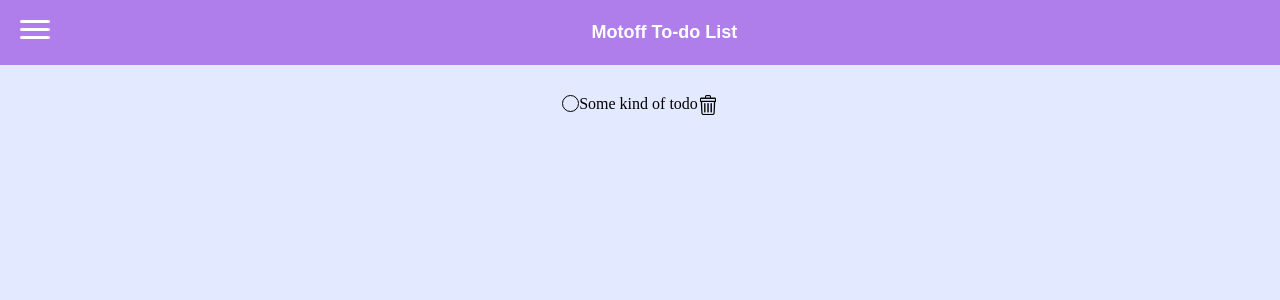
Repository: Amad-Mlinka/Todo-List-Vanilla-JS
Page: index.html
The author's editor kept a copy of each file at every save. The page is drawn from the files as they stood at one save, then again after the next save.
The browser window is 1280 px wide. The pictures show the whole page.
The page's requests for data from a server got no answer.

Above is the page before, as saved 2021-09-15 00:55:42.

### index.html
<!DOCTYPE html>
<html lang="en">
  <head>
    <meta charset="UTF-8" />
    <meta http-equiv="X-UA-Compatible" content="IE=edge" />
    <meta name="viewport" content="width=device-width, initial-scale=1.0" />
    <title>ToDo list</title>
    <link rel="stylesheet" href="/styles/style.css" />
    <link rel="stylesheet" href="/styles/hamburger.css" />
    <link rel="stylesheet" href="/styles/header.css" />
    <script src="script.js"></script>
  </head>
  <body>
    <div class="headerContainer">
      <div class="header">
        <div class="hamburger" id="hamburger">
          <span></span>
          <span></span>
          <span></span>
        </div>
        <div class="titleContainer">
          <span class="title">Motoff To-do List</span>
        </div>
      </div>

      <div class="sidebar"></div>
    </div>
    <div class="container">
      <div class="listContainer">
        <div class="list">
          <div class="todoItem">
            <div class="checkDescription">
              <div class="todoCheck"><span class="checkCircle"></span></div>
              <div class="todoDescription">
                <span class="todoText">Some kind of todo</span>
              </div>
            </div>

            <div class="todoDelete">
              <div class="deleteIconContainer">
                <img class="deleteIcon" src="/public/images/trash.png" alt="" />
              </div>
              <div class="deleteTooltip"></div>
            </div>
          </div>
        </div>
        <div class="addBtnContainer">
          <div class="addTaskBtn"></div>
        </div>
      </div>
    </div>
  </body>
</html>

### styles/style.css
* {
  padding: 0;
  margin: 0;
}

body{
  background-color: RGB(227, 233, 255)
}
.container{
  width: 75%;
  margin: auto;
  height: 100%;
  display: flex;
  flex-direction: column;
  align-items: center;
}
.listContainer{
  width: 60%;
}
.list{
  display: flex;
  flex-direction: column;
  width: 100%;
  margin: 30px auto;

}
.todoItem{
  display: flex;
  flex-direction: row;
  width: 100%;
  justify-content: center;
}
.checkDescription{
  display: flex;
}

.deleteIcon{
  width: 20px;
}
.checkCircle{
  height: 15px;
  width: 15px;
  background-color: transparent;
  border: 1px solid black;
  border-radius: 50%;
  display: inline-block;
}

### styles/hamburger.css

  .hamburger {
    width: 30px;
    height: 25px;
    position: relative;
    -webkit-transform: rotate(0deg);
    -moz-transform: rotate(0deg);
    -o-transform: rotate(0deg);
    transform: rotate(0deg);
    -webkit-transition: 0.5s ease-in-out;
    -moz-transition: 0.5s ease-in-out;
    -o-transition: 0.5s ease-in-out;
    transition: 0.5s ease-in-out;
    cursor: pointer;
    margin: 10px;
  }

  .hamburger span {
    position: absolute;
    height: 3px;
    width: 30px;
    background: white;
    border-radius: 10px;
    opacity: 1;
    left: 0;
    -webkit-transform: rotate(0deg);
    -moz-transform: rotate(0deg);
    -o-transform: rotate(0deg);
    transform: rotate(0deg);
    -webkit-transition: 0.25s ease-in-out;
    -moz-transition: 0.25s ease-in-out;
    -o-transition: 0.25s ease-in-out;
    transition: 0.25s ease-in-out;
  }


  .hamburger span:nth-child(1) {
  top: 0px;
  -webkit-transform-origin: left center;
  -moz-transform-origin: left center;
  -o-transform-origin: left center;
  transform-origin: left center;
  }

  .hamburger span:nth-child(2) {
  top: 8px;
  -webkit-transform-origin: left center;
  -moz-transform-origin: left center;
  -o-transform-origin: left center;
  transform-origin: left center;
  }

  .hamburger span:nth-child(3) {
  top: 16px;
  -webkit-transform-origin: left center;
  -moz-transform-origin: left center;
  -o-transform-origin: left center;
  transform-origin: left center;
  }

  .hamburger.open span:nth-child(1) {
  -webkit-transform: rotate(45deg);
  -moz-transform: rotate(45deg);
  -o-transform: rotate(45deg);
  transform: rotate(45deg);
  top: -3px;
  left: 4px;
  }

  .hamburger.open span:nth-child(2) {
  width: 0%;
  opacity: 0;
  }

  .hamburger.open span:nth-child(3) {
  -webkit-transform: rotate(-45deg);
  -moz-transform: rotate(-45deg);
  -o-transform: rotate(-45deg);
  transform: rotate(-45deg);
  top: 18px;
  left: 4px;
  }

### styles/header.css
.header{
    display: flex;
    flex-direction: row;
    justify-content:space-between;
    background-color:#af7eea;
    padding: 10px;
}
.titleContainer{
    width: 100%;
    display: flex;
}
.title{
    color: white;
    margin: auto;
    font-family: sans-serif;
    font-size:18px;
    font-weight: bolder;
}

### script.js
var getTodos = async () => {
    var res = await fetch("https://jsonplaceholder.typicode.com/todos");
    var todosFull = await res.json();
    var todos=todosFull.slice(0, 20);
    console.log("Todos loaded")
    return todos;
}

document.addEventListener("DOMContentLoaded", async function () {
    const hamburger = document.getElementById("hamburger");
    hamburger.addEventListener("click", function () {
        if (this.classList.contains("open")) {
            this.classList.remove("open")
        } else {
            this.classList.add("open")
        }

    })
    console.log("Hamburger loaded");
    todos = await getTodos();





});

After the next save:
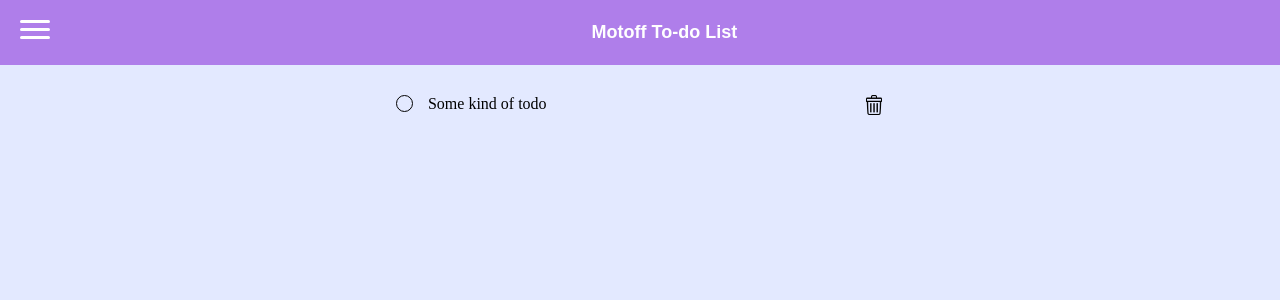
Saved 3 min 10 s later.
--- a/styles/style.css
+++ b/styles/style.css
@@ -28,10 +28,14 @@ body{
   display: flex;
   flex-direction: row;
   width: 100%;
-  justify-content: center;
+  justify-content: space-around;
 }
 .checkDescription{
+  width:66%;
   display: flex;
+}
+.todoCheck{
+  margin-right: 15px;
 }
 
 .deleteIcon{
